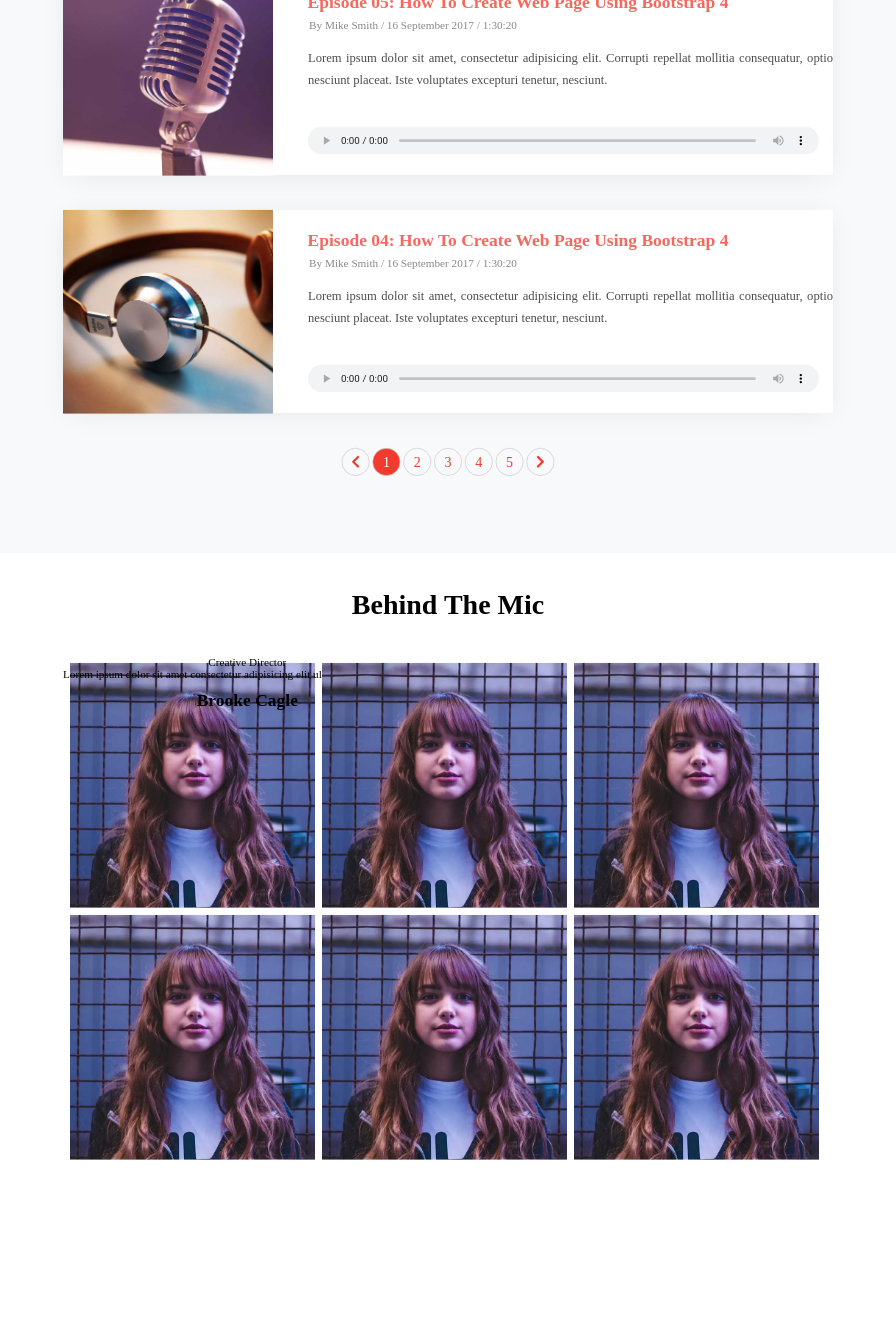
Repository: nhutduy0803/template2
Page: index.html
An editor plug-in stored every save of this project. The page is shown before and after the next save, followed by the edit.
The browser window is 1280 px wide. The pictures show the part of the page from y = 2077 to 3997 px (the page is 3997 px tall), at 70% of full size.

Above is the page before, as saved 2021-12-09 13:37:39.

### index.html
<!DOCTYPE html>
<html lang="en">
  <head>
    <meta charset="UTF-8" />
    <meta http-equiv="X-UA-Compatible" content="IE=edge" />
    <meta name="viewport" content="width=device-width, initial-scale=1.0" />
    <link rel="stylesheet" href="./assets/css/style.css" />
    <link
      rel="stylesheet"
      href="./assets/css/font/fontawesome-free-5.15.4-web/css/all.min.css"
    />
    <title>Document</title>
  </head>
  <body>
    <script src="./main.js"></script>
    <div class="slider">
      <h2>Podca</h2>
      <img
        src="./assets/css/img/xhero_bg_1.jpg.pagespeed.ic.EJCcE-mhd6.webp"
        alt=""
      />
      <h3>Episode 09: How To Create Web Page Using Bootstrap 4</h3>
      <span>By Mike Smith | 16 September 2017 | 1:30:20</span>
      <div class="subslider">READ THE TRANSCRIPT</div>
      <div class="menu" onclick="openmenu()">
        <i class="fas fa-bars"></i>
      </div>
      <div class="sub-menu">
        <i class="fas fa-times" onclick="closemenu()"></i>
        <div class="home-menu">
          <p>Home</p>
          <i onclick="subhome()" class="fas fa-caret-down"></i>

          <div class="sub-home">
            <li>Menu One</li>
            <li>Menu Two</li>
            <li>Menu Three</li>
            <li>Sub Menu</li>
          </div>
          <div class="drop-down">
            <p>DropDown</p>
            <i onclick="subdropdown() " class="fas fa-caret-down"></i>
            <div class="sub-dropdown">
              <li>Menu One</li>
              <li>Menu two</li>
              <li>Menu three</li>
            </div>
          </div>

          <p>About</p>
          <p>Contact</p>
        </div>
      </div>
    </div>
    <div class="audio">
      <audio class="audio-one" controls>
        <source src="" type="audio/ogg" />
        <source src="" type="audio/mpeg" />
      </audio>
    </div>
    <div class="RecentPodcasts">
      <h2>Recent Podcasts</h2>
      <div class="container">
        <div class="img-pod">
          <img src="./assets/css/img/pod1.webp" alt="" />
        </div>
        <div class="content-pod">
          <h3>Episode 08: How To Create Web Page Using Bootstrap 4</h3>
          <span>By Mike Smith / 16 September 2017 / 1:30:20</span>
          <p>
            Lorem ipsum dolor sit amet, consectetur adipisicing elit. Corrupti
            repellat mollitia consequatur, optio nesciunt placeat. Iste
            voluptates excepturi tenetur, nesciunt.
          </p>
          <audio class="audiopod" controls>
            <source src="" type="audio/mpeg" />
          </audio>
        </div>
      </div>
      <div class="container">
        <div class="img-pod">
          <img src="./assets/css/img/pod2.webp" alt="" />
        </div>
        <div class="content-pod">
          <h3>Episode 07: How To Create Web Page Using Bootstrap 4</h3>
          <span>By Mike Smith / 16 September 2017 / 1:30:20</span>
          <p>
            Lorem ipsum dolor sit amet, consectetur adipisicing elit. Corrupti
            repellat mollitia consequatur, optio nesciunt placeat. Iste
            voluptates excepturi tenetur, nesciunt.
          </p>
          <audio class="audiopod" controls>
            <source src="" type="audio/mpeg" />
          </audio>
        </div>
      </div>
      <div class="container">
        <div class="img-pod">
          <img src="./assets/css/img/pod3.webp" alt="" />
        </div>
        <div class="content-pod">
          <h3>Episode 06: How To Create Web Page Using Bootstrap 4</h3>
          <span>By Mike Smith / 16 September 2017 / 1:30:20</span>
          <p>
            Lorem ipsum dolor sit amet, consectetur adipisicing elit. Corrupti
            repellat mollitia consequatur, optio nesciunt placeat. Iste
            voluptates excepturi tenetur, nesciunt.
          </p>
          <audio class="audiopod" controls>
            <source src="" type="audio/mpeg" />
          </audio>
        </div>
      </div>
      <div class="container">
        <div class="img-pod">
          <img src="./assets/css/img/pod4.webp" alt="" />
        </div>
        <div class="content-pod">
          <h3>Episode 05: How To Create Web Page Using Bootstrap 4</h3>
          <span>By Mike Smith / 16 September 2017 / 1:30:20</span>
          <p>
            Lorem ipsum dolor sit amet, consectetur adipisicing elit. Corrupti
            repellat mollitia consequatur, optio nesciunt placeat. Iste
            voluptates excepturi tenetur, nesciunt.
          </p>
          <audio class="audiopod" controls>
            <source src="" type="audio/mpeg" />
          </audio>
        </div>
      </div>
      <div class="container">
        <div class="img-pod">
          <img src="./assets/css/img/pod5.webp" alt="" />
        </div>
        <div class="content-pod">
          <h3>Episode 04: How To Create Web Page Using Bootstrap 4</h3>
          <span>By Mike Smith / 16 September 2017 / 1:30:20</span>
          <p>
            Lorem ipsum dolor sit amet, consectetur adipisicing elit. Corrupti
            repellat mollitia consequatur, optio nesciunt placeat. Iste
            voluptates excepturi tenetur, nesciunt.
          </p>
          <audio class="audiopod" controls>
            <source src="" type="audio/mpeg" />
          </audio>
        </div>
      </div>
    </div>
    <div class="list-pod">
      <li><i class="fas fa-chevron-left"></i></li>
      <li>1</li>
      <li>2</li>
      <li>3</li>
      <li>4</li>
      <li>5</li>
      <li><i class="fas fa-chevron-right"></i></li>
    </div>
    <div class="BehindTheMic">
      <h2>Behind The Mic</h2>
      <div class="container-behind">
        <div class="picture-behind">
          <img src="./assets/css/img/behind1.webp" alt="" />
        </div>
        <div class="content-behind">
          <h2>Brooke Cagle</h2>
          <span>Creative Director</span>
          <p>
            Lorem ipsum dolor sit amet consectetur adipisicing elit ullam
            reprehenderit nemo.
          </p>
        </div>
      </div>
      <div class="container-behind">
        <div class="picture-behind">
          <img src="./assets/css/img/behind1.webp" alt="" />
        </div>
      </div>
      <div class="container-behind">
        <div class="picture-behind">
          <img src="./assets/css/img/behind1.webp" alt="" />
        </div>
      </div>
      <div class="container-behind">
        <div class="picture-behind">
          <img src="./assets/css/img/behind1.webp" alt="" />
        </div>
      </div>
      <div class="container-behind">
        <div class="picture-behind">
          <img src="./assets/css/img/behind1.webp" alt="" />
        </div>
      </div>
      <div class="container-behind">
        <div class="picture-behind">
          <img src="./assets/css/img/behind1.webp" alt="" />
        </div>
      </div>
    </div>
  </body>
</html>

### assets/css/style.css
* {
  margin: 0;
  padding: 0;
  box-sizing: border-box;
}

.slider {
  width: 100%;
  height: 100vh;
  position: relative;
}

.slider::before {
  content: " ";
  position: absolute;
  top: 0;
  left: 0;
  right: 0;
  bottom: 0;
  background-color: rgba(0, 0, 0, 0.4);
}

.slider img {
  width: 100%;
  height: 100%;
}

.slider h2 {
  position: absolute;
  top: 50px;
  left: 50px;
  color: #fff;
  font-size: 40px;
}
.menu {
  position: absolute;
  right: 50px;
  top: 50px;
  font-size: 30px;
  color: #fff;
}

.slider h3 {
  text-align: center;
  position: absolute;
  transform: translate(-50%);
  top: 30%;
  left: 50%;
  color: #fff;
  font-size: 40px;
  line-height: 1.6;
  font-size: 50px;
}

.slider span {
  position: absolute;
  top: 58%;
  left: 50%;
  transform: translate(-50%);
  color: #ffffff80;
}

.subslider {
  width: 250px;
  background-color: #f23a2e;
  display: flex;
  justify-content: center;
  align-items: center;
  color: #fff;
  font-size: 15px;
  letter-spacing: 2px;
  height: 60px;
  position: absolute;
  top: 65%;
  left: 50%;
  transform: translate(-50%);
  transition: 0.3s;
  border-radius: 5px;
}

.subslider:hover {
  position: absolute;
  top: 64%;
  box-shadow: 0 5px 20px -7px rgba(0, 0, 0, 0.9);
  transition: 0.3s;
}

.sub-menu {
  width: 300px;
  background-color: #fff;
  position: absolute;
  right: -300px;
  top: 0;
  height: 100vh;
  position: fixed;
  transition: 0.3s;
  box-shadow: 0 0 10px rgba(0, 0, 0, 0.4);
}

.sub-menu.openmenu {
  transition: 0.3s;
  right: 0;
}

.sub-menu .fas {
  position: absolute;
  font-size: 25px;
  right: 15px;
  top: 15px;
  transition: 0.2s;
}

.sub-menu .fas:hover {
  transition: 0.2s;
  color: rgb(104, 103, 103);
}

.home-menu {
  margin-top: 100px;
  font-size: 20px;
  margin-left: 15%;
}

.home-menu p {
  margin-bottom: 30px;
  color: #212529;
  transition: 0.3s;
}

.home-menu p:nth-child(2) {
  width: 100%;
  background-color: #fff;
  height: 200px;
}

.home-menu p:hover {
  transition: 0.3s;
  color: #f00;
}

.fa-caret-down {
  margin-top: 85px;
  margin-right: 20px;
}

.drop-down {
  position: relative;
}

.drop-down .fa-caret-down {
  position: absolute;
  top: -85px;
}
.sub-home {
  margin-top: -20px;
  width: 200px;
  height: 0px;
  background-color: #fff;
  visibility: hidden;
  transition: 0.5s;
  opacity: 0;
  margin-bottom: 20px;
}

.sub-home.opensubhome {
  height: 170px;
  visibility: inherit;
  transition: 0.5s;
  opacity: 1;
}

.sub-home li {
  padding: 10px 0px;
  font-weight: 300;
  margin-left: 30px;
  font-size: 17px;
  list-style-type: none;
  /* transition: 0.3s; */
}

.sub-home li:hover {
  transition: 0.3s;
  color: #f00;
}

.sub-dropdown {
  margin-top: -20px;
  background-color: #fff;
  height: 0px;
  width: 200px;
  visibility: hidden;
  transition: 0.3s;
  opacity: 0;
  margin-bottom: 20px;
}

.sub-dropdown li {
  padding-top: 22.5px;
  margin-left: 30px;
  font-weight: 300;
  font-size: 17px;
  list-style-type: none;
  transition: 0.3s;
}

.sub-dropdown li:hover {
  transition: 0.3s;
  color: #f00;
}

.sub-dropdown.opensubdropdown {
  opacity: 1;
  visibility: inherit;
  transition: 0.3s;
  height: 150px;
}

.audio {
  display: flex;
  justify-content: center;
  align-items: center;
  width: 100%;
  background-color: #f8f9fa;
  height: 200px;
}

.audio-one {
  width: 750px;
  height: 40px;
}

.RecentPodcasts {
  background: #f8f9fa;
  height: auto;
  width: 100%;
  text-align: center;
}

.RecentPodcasts h2 {
  font-size: 40px;
  margin-bottom: 50px;
}

.container {
  width: 1100px;
  height: 290px;
  position: relative;
  margin: auto;
  box-shadow: 0 5px 40px -10px rgb(0 0 0 / 10%);
  margin-top: 50px;
}

.img-pod {
  position: absolute;
  top: 0;
  left: 0;
  height: 290px;
  width: 300px;
}

.img-pod img {
  width: 100%;
  height: 100%j;
}

.content-pod {
  padding-top: 30px;
  background: #fff;
  height: 100%;
}

.content-pod h3 {
  font-size: 25px;
  margin-left: 200px;
  color: #f23b2ec4;
  margin-bottom: 10px;
}

.content-pod span {
  margin-left: -100px;
  color: #888;
}

.content-pod p {
  line-height: 1.8;
  margin-top: 20px;
  text-align: justify;
  margin-left: 350px;
  font-size: 18px;
  color: #4d4d4d;
  font-weight: 300;
}

.audiopod {
  margin-top: 50px;
  width: 730px;
  height: 40px;
  margin-left: 330px;
}

.list-pod {
  background: #f8f9fa;
  height: 200px;
  width: 100%;
  text-align: center;
}

.list-pod li {
  padding-top: 7.5px;
  margin-top: 50px;
  list-style-type: none;
  border-radius: 50%;
  height: 40px;
  width: 40px;
  border: 1px solid #ccc;
  display: inline-block;
  color: #f23a2e;
  font-size: 20px;
}

.list-pod li:nth-child(2) {
  font-size: 20px;
  color: #fff;
  background: #f23a2e;
}

.BehindTheMic {
  width: 100%;
  height: 150vh;
  background: #fff;
  text-align: center;
}

.BehindTheMic h2 {
  margin-top: 50px;
  font-size: 40px;
  margin-bottom: 50px;
}

.container-behind {
  margin: auto;
  width: 1100px;
}

.picture-behind {
  margin-left: 10px;
  float: left;
  width: 350px;
  height: 350px;
  overflow: hidden;
  margin-top: 10px;
  position: relative;
}

.picture-behind img {
  width: 100%;
  height: 100%;
  transition: 0.3s;
  position: relative;
}

.picture-behind:hover::before {
  opacity: 0.6;
}

.picture-behind::before {
  position: absolute;
  width: 100%;
  height: 100%;
  top: 0;
  left: 0;
  right: 0;
  bottom: 0;
  background: #f23a2e;
  opacity: 0;
  content: " ";
  transition: 0.5s;
  z-index: 1;
}

.content-behind {
  position: absolute;
}

.content-behind h2 {
  font-size: 25px;
  position: absolute;
  transform: translate(-50%);
  left: 50%;
}

### main.js
function openmenu() {
  var openmenu = document.querySelector(".sub-menu");
  openmenu.classList.add("openmenu");
}

function closemenu() {
  var openmenu = document.querySelector(".sub-menu");
  openmenu.classList.remove("openmenu");
}

function subhome() {
  var opensubhome = document.querySelector(".sub-home");
  opensubhome.classList.toggle("opensubhome");
}

function subdropdown() {
  var subdropdown = document.querySelector(".sub-dropdown");
  subdropdown.classList.toggle("opensubdropdown");
}

Loaded but not shown: assets/css/font/fontawesome-free-5.15.4-web/css/all.min.css (library)

After the next save:
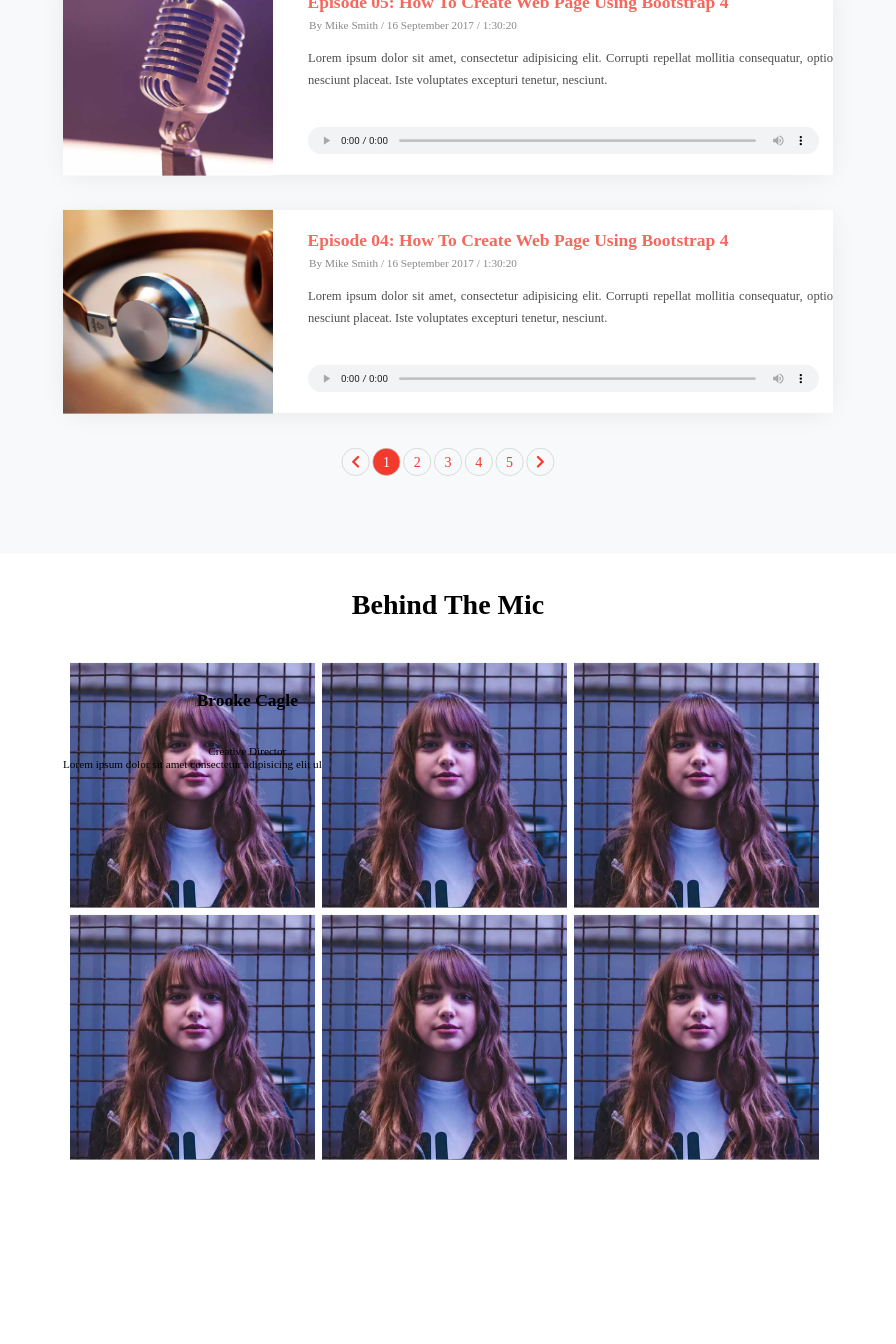
Saved 13 s later.
--- a/assets/css/style.css
+++ b/assets/css/style.css
@@ -384,7 +384,4 @@
 
 .content-behind h2 {
   font-size: 25px;
-  position: absolute;
-  transform: translate(-50%);
-  left: 50%;
-}
+}
